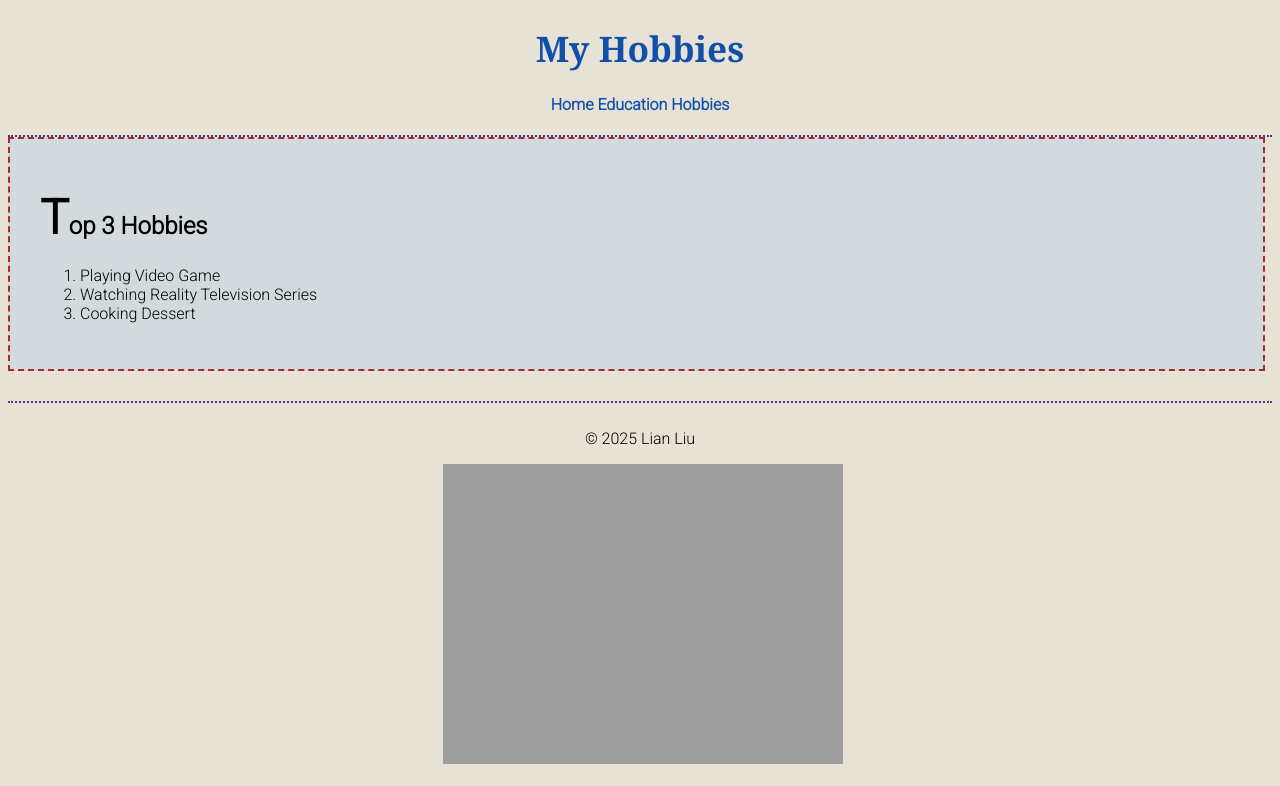
Repository: liulian26/CS5610
Page: assignment-1-liulian26/pages/hobbies.html
These files come from the project's save history. The page is drawn as it stood at one moment and after the next save; the edit follows.
The browser window is 1280 px wide. The pictures show the whole page.
Pictures or frames that could not be fetched are drawn as grey boxes.

Above is the page before, as saved 2025-02-01 00:43:06.

After the next save:
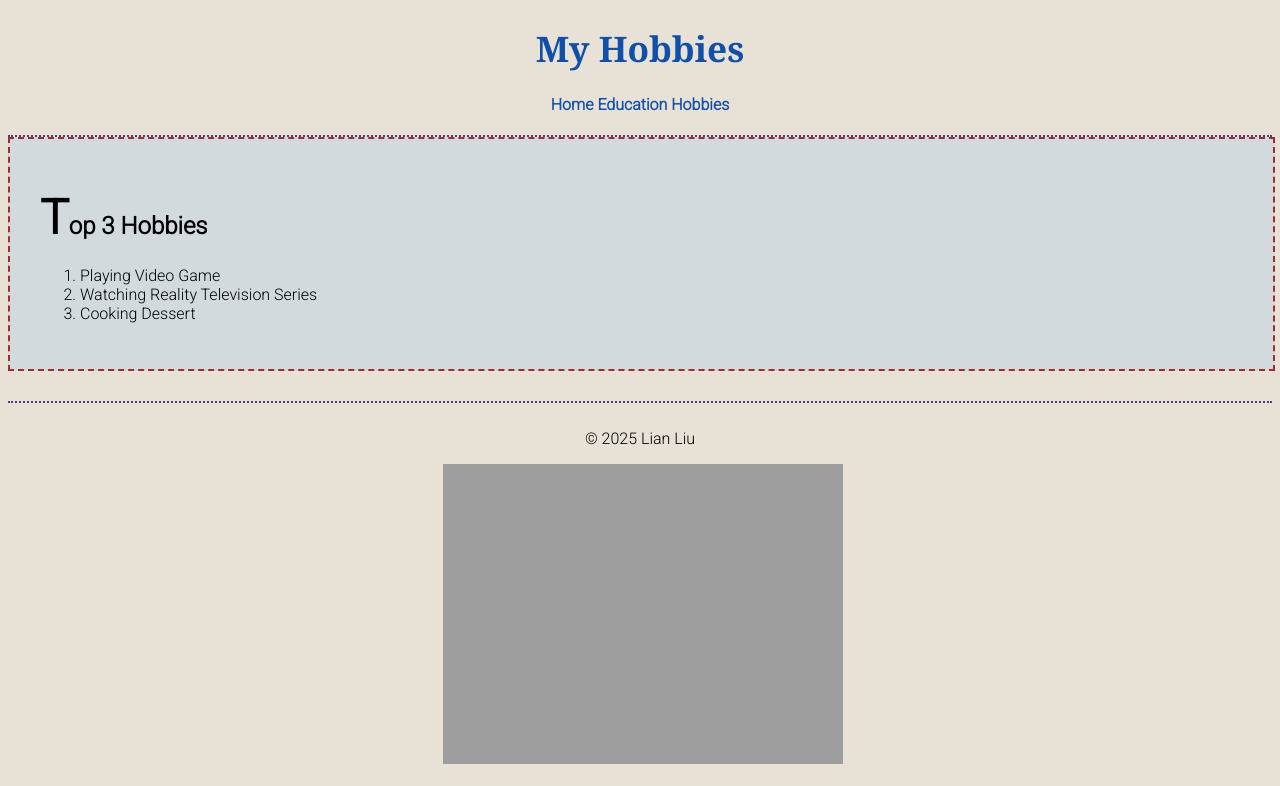
Saved 30 s later.
--- a/assignment-1-liulian26/css/styles.css
+++ b/assignment-1-liulian26/css/styles.css
@@ -48,7 +48,7 @@ section {
     padding: 30px;
     margin-bottom: 30px;
     background-color: rgba(126, 191, 251, 0.2);
-    width: 118%;
+    width: 119%;
 }
 
 body {
